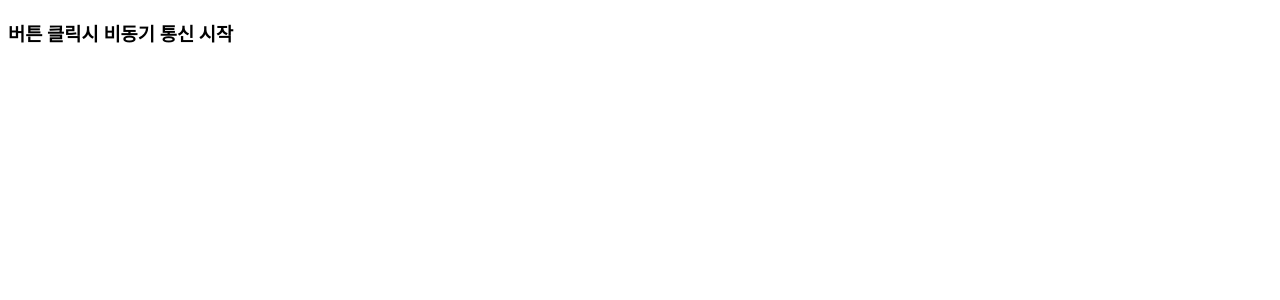
Repository: Niftrone/Kosa_Webs
Page: http://localhost/web17_Ajax/ajax01_HelloAjax.jsp
The author's editor kept a copy of each file at every save. The page is drawn from the files as they stood at one save, then again after the next save.
The browser window is 1280 px wide. The pictures show the whole page.
The page is served by Tomcat 9.

Above is the page before, as saved 2025-07-07 05:07:09.

### web17_Ajax/src/main/webapp/ajax01_HelloAjax.jsp
<%@ page language="java" contentType="text/html; charset=UTF-8"
    pageEncoding="UTF-8"%>
<!DOCTYPE html>
<html>
<head>
<meta charset="UTF-8">
<title>Insert title here</title>
</head>
<body>
<h3>버튼 클릭시 비동기 통신 시작</h3>
</body>
</html>

After the next save:
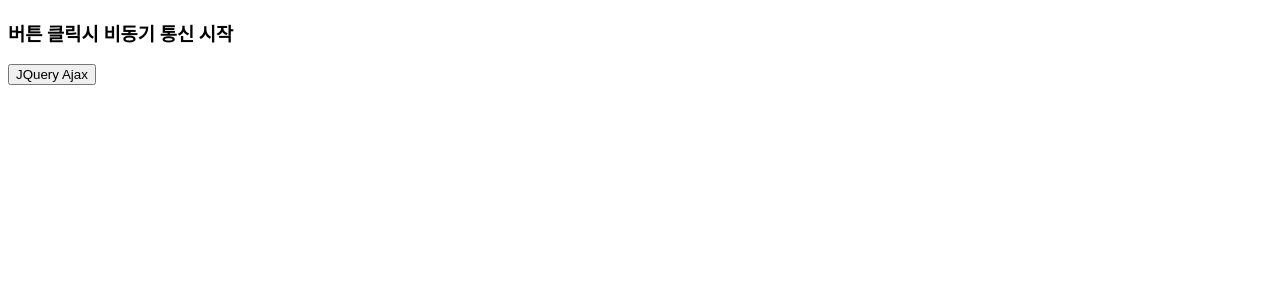
Saved 32 s later.
--- a/web17_Ajax/src/main/webapp/ajax01_HelloAjax.jsp
+++ b/web17_Ajax/src/main/webapp/ajax01_HelloAjax.jsp
@@ -8,5 +8,6 @@
 </head>
 <body>
 <h3>버튼 클릭시 비동기 통신 시작</h3>
+<input type="button" value="JQuery Ajax" id="ajaxBtn"/>
 </body>
 </html>
